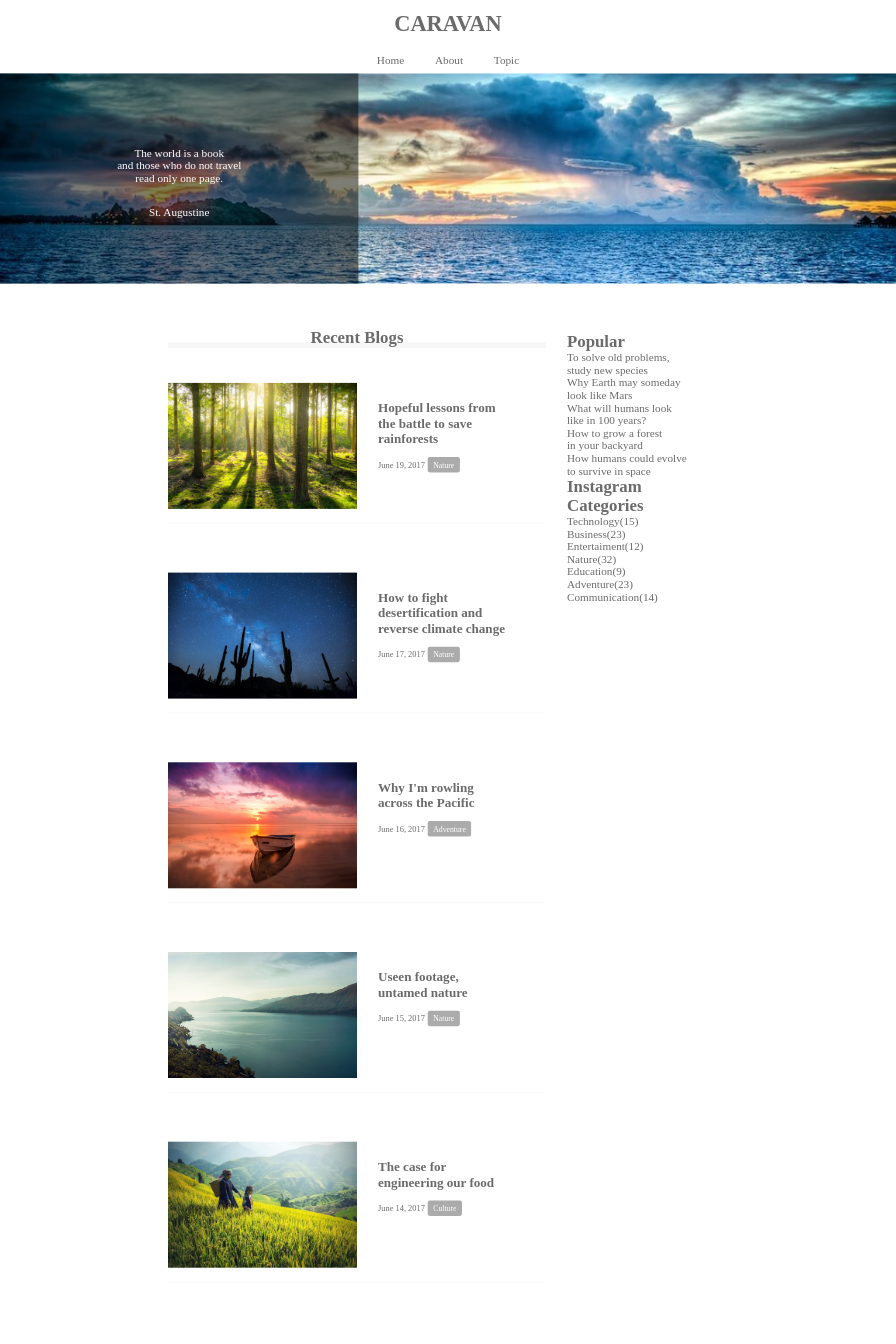
Repository: yukito7878/HTML-CSS-practice
Page: caravan/index8.html
The author's editor kept a record of every edit. The page is drawn from the files as they stood at one moment, then again after the next edit.
The browser window is 1280 px wide. The pictures show the part of the page from y = 0 to 1920 px (the page is 2042 px tall before and 4464 px after), at 70% of full size.

Above is the page before.

### caravan/index8.html
<!DOCTYPE html>
<html lang="ja">
  <head>
    <meta charset="UTF-8" />
    <!-- CSSファイルの読み込み -->
    <link rel="stylesheet" href="style7.css" />
    <title>CARAVAN</title>
  </head>

  <body>
    <!-- header -->
    <header>
      <h1 class="heading">
        <a href="index.html">
          CARAVAN
        </a>
      </h1>
    </header>

    <!-- navigation -->
    <nav>
      <ul class="nav-list">
        <li class="nav-list-item">
          <a href="index.html">Home</a>
        </li>
        <li class="nav-list-item">About</li>
        <li class="nav-list-item">Topic</li>
      </ul>
    </nav>

    <!-- main-visual用のdiv -->
    <div class="main-visual">
      <div class="main-visual-content">
        <p class="main-visual-text">
          The world is a book<br>
          and those who do not travel<br>
          read only one page.
        </p>
        <p class="main-visual-name">
          St. Augustine
        </p>
      </div>
    </div>

    <main>
      <section class="blog">
        <h2 class="blog-heading">Recent Blogs</h2>
        <div class="blog-box">
          <div class="blog-item">
            <img class="blog-image" src="img/forest.jpg">
            <section class="blog-text">
              <h3 class="blog-text-heading">
                <a href="single.html">
                  Hopeful lessons from<br>
                  the battle to save<br>
                  rainforests
                </a>
              </h3>
              <p class="blog-date">June 19, 2017</p>
              <span class="category">Nature</span>
            </section>
          </div>
        </div>

        <div class="blog-box">
          <div class="blog-item">
            <img class="blog-image" src="img/desert.jpg">
            <section class="blog-text">
              <h3 class="blog-text-heading">
                <a href="single.html">
                  How to fight<br>
                  desertification and <br>
                  reverse climate change
                </a>
              </h3>
              <p class="blog-date">June 17, 2017</p>
              <span class="category">Nature</span>
            </section>
          </div>
        </div>

        <div class="blog-box">
          <div class="blog-item">
            <img class="blog-image" src="img/sunset.jpg">
            <section class="blog-text">
              <h3 class="blog-text-heading">
                <a href="single.html">
                  Why I'm rowling<br>
                  across the Pacific
                </a>
              </h3>
              <p class="blog-date">June 16, 2017</p>
              <span class="category">Adventure</span>
            </section>
          </div>
        </div>

        <div class="blog-box">
          <div class="blog-item">
            <img class="blog-image" src="img/lake.jpg">
            <section class="blog-text">
              <h3 class="blog-text-heading">
                <a href="single.html">
                  Useen footage,<br>
                  untamed nature
                </a>
              </h3>
              <p class="blog-date">June 15, 2017</p>
              <span class="category">Nature</span>
            </section>
          </div>
        </div>

        <div class="blog-box">
          <div class="blog-item">
            <img class="blog-image" src="img/asia.jpg">
            <section class="blog-text">
              <h3 class="blog-text-heading">
                <a href="single.html">
                  The case for <br>
                  engineering our food
                </a>
              </h3>
              <p class="blog-date">June 14, 2017</p>
              <span class="category">Culture</span>
            </section>
          </div>
        </div>
      </section>
      <div class="sidebar">
        <section class="popular">
          <h2 class="popular-heading common-heading">Popular</h2>
          <div class="sidebar-contents">
            <p class="popular=text">To solve old problems,<br>study new species</p>
            <p class="popular=text">Why Earth may someday<br>look like Mars</p>
            <p class="popular=text">What will humans look<br>like in 100 years?</p>
            <p class="popular=text">How to grow a forest<br>in your backyard</p>
            <p class="popular=text">How humans could evolve<br>to survive in space</p>
          </div>
        </section>

        <section class="instagram">
          <h2 class="instagram-heading common-heading">Instagram</h2>
          <div class="sidebar-contents">
            <div class="instagram-box"></div>
            <div class="instagram-box"></div>
            <div class="instagram-box"></div>
            <div class="instagram-box"></div>
            <div class="instagram-box"></div>
            <div class="instagram-box"></div>
          </div>
        </section>

        <section class="categories">
          <h2 class="categories-heading common-heading">Categories</h2>
          <div class="sidebar-contents">
            <p class="categories-text">Technology(15)</p>
            <p class="categories-text">Business(23)</p>
            <p class="categories-text">Entertaiment(12)</p>
            <p class="categories-text">Nature(32)</p>
            <p class="categories-text">Education(9)</p>
            <p class="categories-text">Adventure(23)</p>
            <p class="categories-text">Communication(14)</p>
          </div>
        </section>
      </div>

    </main>

    <!-- footer -->
    <footer>
      <p class="footer-text">© All rights reserved by Infratop.Inc.</p>
    </footer>
  </body>
</html>

### caravan/style7.css
/* ブラウザがそれぞれ持っているCSSをリセットするための記述 */
* {
  margin: 0;
  padding: 0;
  box-sizing: border-box;
  color: #6c6b6b;
}

a {
  text-decoration: none;
}

header {
  width: 90%; /* 横幅90% */
  padding: 15px 0;
  margin: 0 auto;
  text-align: center;
}

header .heading {
  /* headerタグ内のheadingクラスにのみ反映される */
  font-size: 32px;
}

.nav-list {
  text-align: center;
  padding: 10px 0;
  margin: 0 auto;
}

.nav-list-item {
  list-style: none;
  display: inline-block;
  margin: 0 20px;
}

.main-visual {
  width: 100%; /* 横幅いっぱい */
  height: 300px; /* 高さ300px */
  background-image: url(img/mv.jpg);
  background-size: cover; /* 縦横比を維持したまま背景領域を埋め尽くす */
  background-position: center; /* 背景画像を中央に配置 */
}

.main-visual-content {
  width: 40%; /* 横幅40% */
  height: 300px; /* 親の高さに揃える */
  background-color: rgba(0, 0, 0, 0.5); /* 背景色を半透明の黒にする */
  text-align: center; /* 文字を中央揃えにする */
  padding-top: 105px; /* 上側の内側余白で垂直方向の位置を調整 */
}

.main-visual-text {
  color: #fff; /* 文字色を白に変更 */
}

.main-visual-name {
  margin-top: 30px; /* 上側の外側の余白 */
  color: #fff; /* 文字色を白に変更 */
}

main{
  width: 800px;
  display: flex;
  justify-content: center;
  margin: 0 auto;
  padding: 70px 0;
}

.blog {
  width: 540px;
  margin-right: 30px;
}

.blog-heading{
  border-bottom: 8px solid #f7f7f7;
  text-align: center;
  line-height: 0.6;
}

.blog-box{
  padding: 50px 0 0 0 ;
}

.blog-item{
  padding-bottom: 20px;
  margin-bottom: 20px;
  border-bottom: 1px solid #f7f7f7;
  display: flex;
  justify-content: flex-start;
}

.blog-image{
  width: 50%;
  height: 180px;
  object-fit: cover;
}

.blog-text{
  padding: 25px 0 0 30px;
}

.blog-text-heading{
  padding: 0 0 15px 0;
}

.blog-date{
  font-size: 12px;
  display: inline-block;
}
.category{
  display: inline-block;
  padding: 5px 8px;
  background-color: #acabab;
  border-radius: 3px;
  color: #fff;
  font-size: 11px;
}

.sidebar {
  width: 230px;
}

footer {
  width: 100%;
  height: 120px;
  text-align: center;
  line-height: 120px;
  background-color: #848282;
}

.footer-text {
  color: #fff;
}

### caravan/style8.css
/* ブラウザがそれぞれ持っているCSSをリセットするための記述 */
* {
  margin: 0;
  padding: 0;
  box-sizing: border-box;
  color: #6c6b6b;
}

a {
  text-decoration: none;
}

header {
  width: 90%; /* 横幅90% */
  padding: 15px 0;
  margin: 0 auto;
  text-align: center;
}

header .heading {
  /* headerタグ内のheadingクラスにのみ反映される */
  font-size: 32px;
}

.nav-list {
  text-align: center;
  padding: 10px 0;
  margin: 0 auto;
}

.nav-list-item {
  list-style: none;
  display: inline-block;
  margin: 0 20px;
}

.main-visual {
  width: 100%; /* 横幅いっぱい */
  height: 300px; /* 高さ300px */
  background-image: url(img/mv.jpg);
  background-size: cover; /* 縦横比を維持したまま背景領域を埋め尽くす */
  background-position: center; /* 背景画像を中央に配置 */
}

.main-visual-content {
  width: 40%; /* 横幅40% */
  height: 300px; /* 親の高さに揃える */
  background-color: rgba(0, 0, 0, 0.5); /* 背景色を半透明の黒にする */
  text-align: center; /* 文字を中央揃えにする */
  padding-top: 105px; /* 上側の内側余白で垂直方向の位置を調整 */
}

.main-visual-text {
  color: #fff; /* 文字色を白に変更 */
}

.main-visual-name {
  margin-top: 30px; /* 上側の外側の余白 */
  color: #fff; /* 文字色を白に変更 */
}

main{
  width: 800px;
  display: flex;
  justify-content: center;
  margin: 0 auto;
  padding: 70px 0;
}

.blog {
  width: 540px;
  margin-right: 30px;
}

.blog-heading{
  border-bottom: 8px solid #f7f7f7;
  text-align: center;
  line-height: 0.6;
}

.blog-box{
  padding: 50px 0 0 0 ;
}

.blog-item{
  padding-bottom: 20px;
  margin-bottom: 20px;
  border-bottom: 1px solid #f7f7f7;
  display: flex;
  justify-content: flex-start;
}

.blog-image{
  width: 50%;
  height: 180px;
  object-fit: cover;
}

.blog-text{
  padding: 25px 0 0 30px;
}

.blog-text-heading{
  padding: 0 0 15px 0;
}

.blog-date{
  font-size: 12px;
  display: inline-block;
}
.category{
  display: inline-block;
  padding: 5px 8px;
  background-color: #acabab;
  border-radius: 3px;
  color: #fff;
  font-size: 11px;
}

.sidebar {
  width: 230px;
}

footer {
  width: 100%;
  height: 120px;
  text-align: center;
  line-height: 120px;
  background-color: #848282;
}

.footer-text {
  color: #fff;
}

.category{
  display: inline-block;
  padding: 5px 8px;
  background-color: #acabab;
  border-radius: 3px;
  color: #fff;
  font-size: 11px;
}

.sidebar{
  width: 230px;
}

.common-heading{
  border-bottom: 8px solid #f7f7f7;
  text-align: center;
  line-height: 0.6;
}

.sidebar-contents{
  padding: 500px 0;
}

.popular-text, .categories-text{
  padding-bottom: 5px;
  border-bottom: 1px solid #f7f7f7;
  margin-bottom: 5px;
}

.popular-text:last-child, .categories-text:last-child{
  margin:0;
  padding: 0;
  border: none;
}

.instagram .sidebar-contents{
  display: flex;
  flex-wrap: wrap;
}

.instagram-box{
  width: 110px;
  padding-top: 110px;
  background-size: cover;
  background-position: center;
  margin-bottom: 10px;
}

.instagram-box:nth-child(odd){
  margin: 0 10px 10px 0;
}
.instagram-box:nth-child(1){
  background-image: url(img/airport.jpg)
}
.instagram-box:nth-child(2){
  background-image: url(img/japan.jpg)
}
.instagram-box:nth-child(3){
  background-image: url(img/airport.jpg)
}
.instagram-box:nth-child(4){
  background-image: url(img/airport.jpg)
}
.instagram-box:nth-child(5){
  background-image: url(img/airport.jpg)
}
.instagram-box:nth-child(6){
  background-image: url(img/airport.jpg)
}

After the next edit:
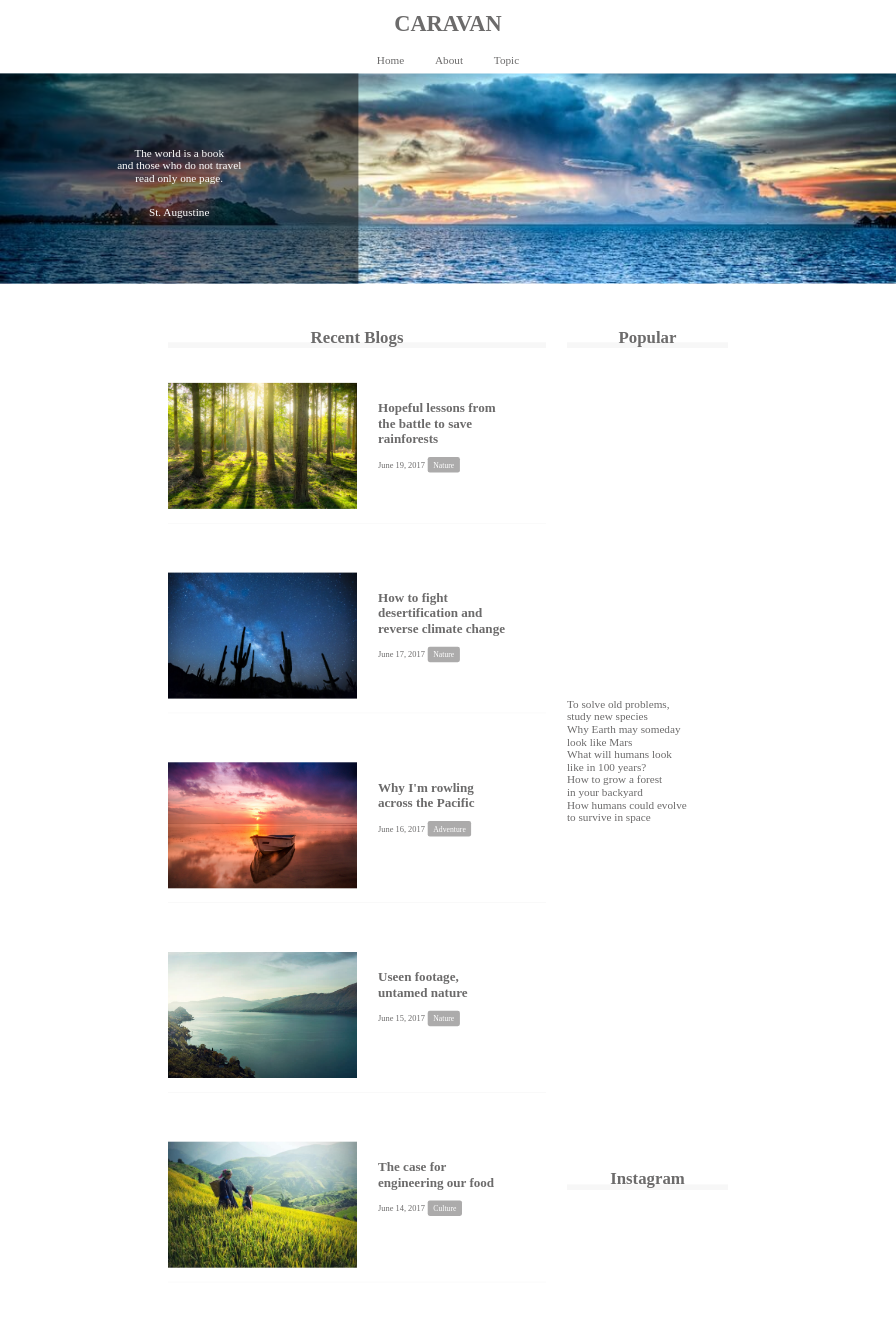
The edit:
--- a/caravan/index8.html
+++ b/caravan/index8.html
@@ -3,7 +3,7 @@
   <head>
     <meta charset="UTF-8" />
     <!-- CSSファイルの読み込み -->
-    <link rel="stylesheet" href="style7.css" />
+    <link rel="stylesheet" href="style8.css" />
     <title>CARAVAN</title>
   </head>
 
